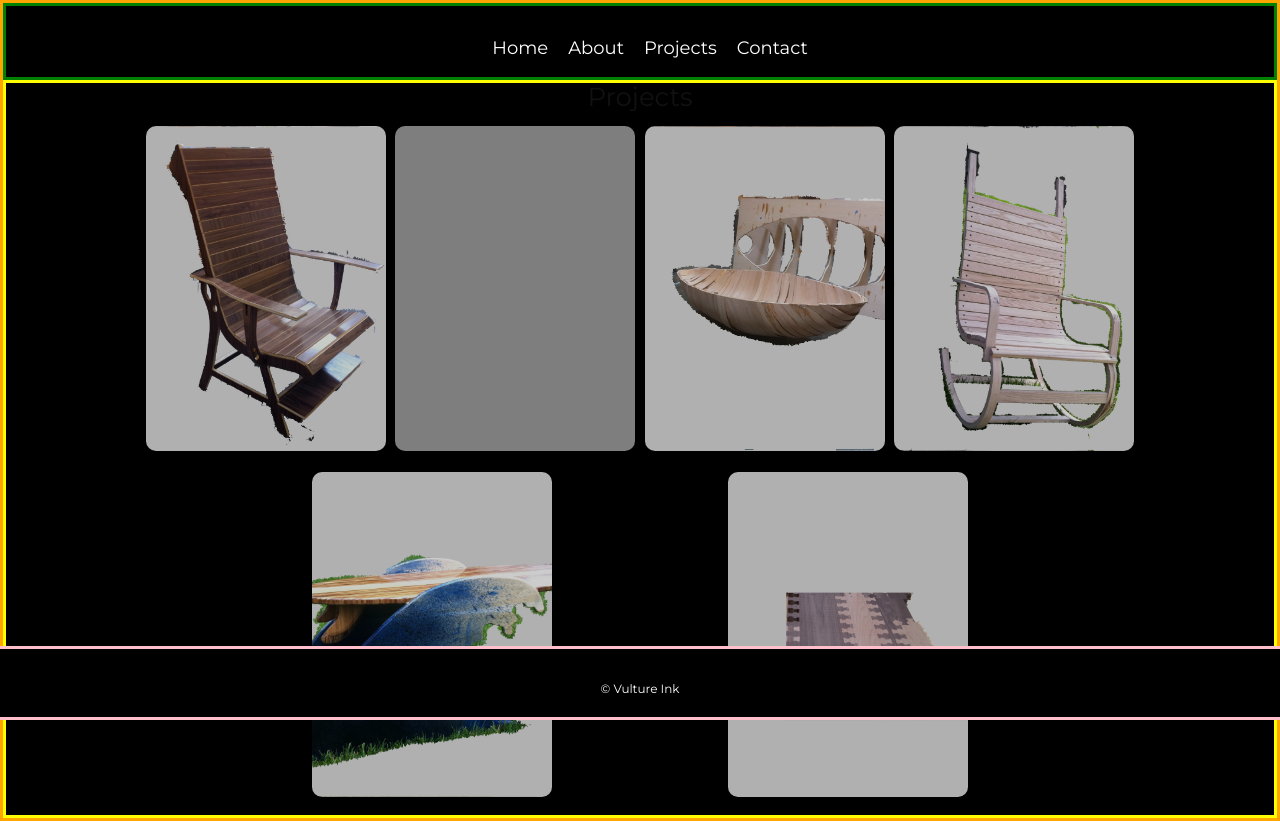
Repository: kaitlynMidori/anon_ink
Page: pages/Projects.html
The author's editor kept a copy of each file at every save. The page is drawn from the files as they stood at one save, then again after the next save.
The browser window is 1280 px wide. The pictures show the whole page.
Pictures or frames that could not be fetched are drawn as grey boxes. Some web libraries are served in a nearby version.

Above is the page before, as saved 2021-09-07 12:38:05.

After the next save:
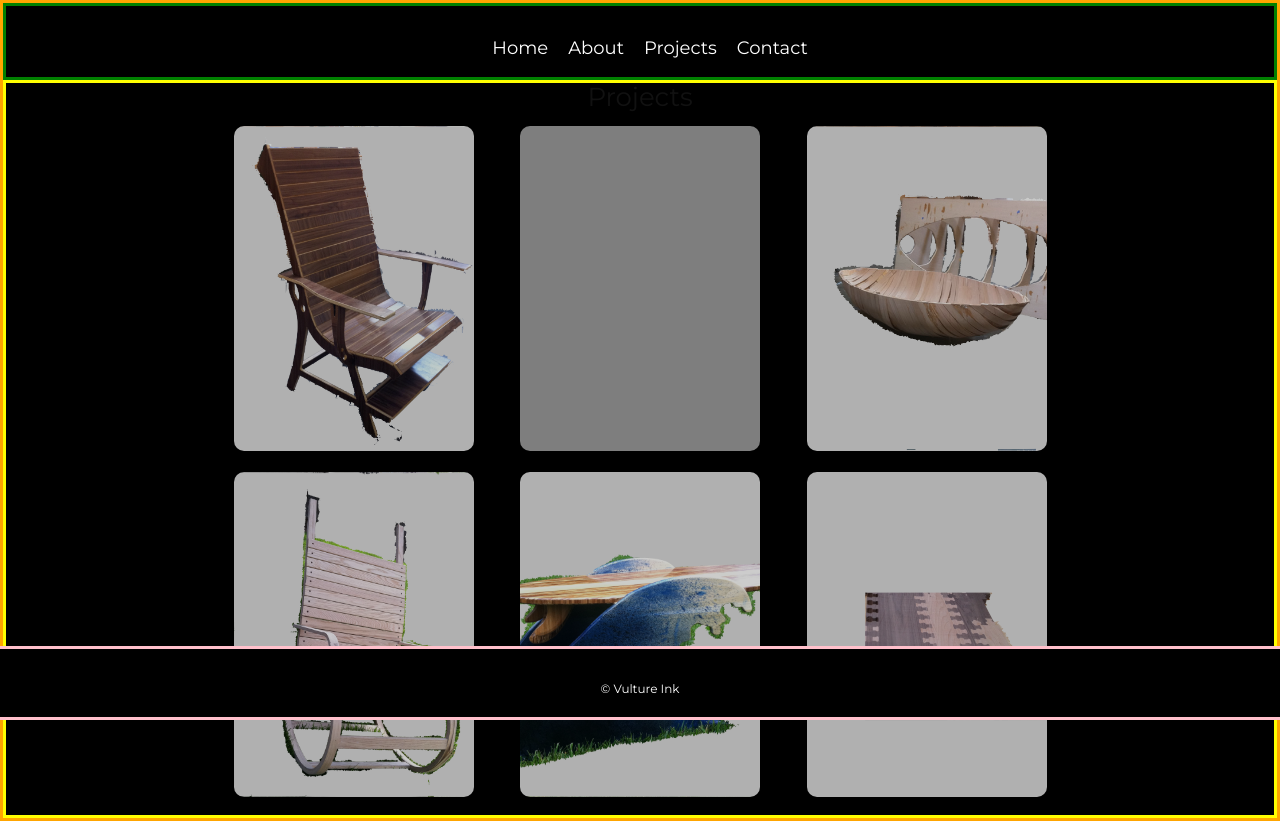
Saved 11 s later.
--- a/style.css
+++ b/style.css
@@ -169,7 +169,7 @@ body {
 
   /**************** projects ****************/
   .card-container {
-    max-width: 1000px;
+    max-width: 900px;
     min-width: 370px;
     margin: auto;
     display: flex;
